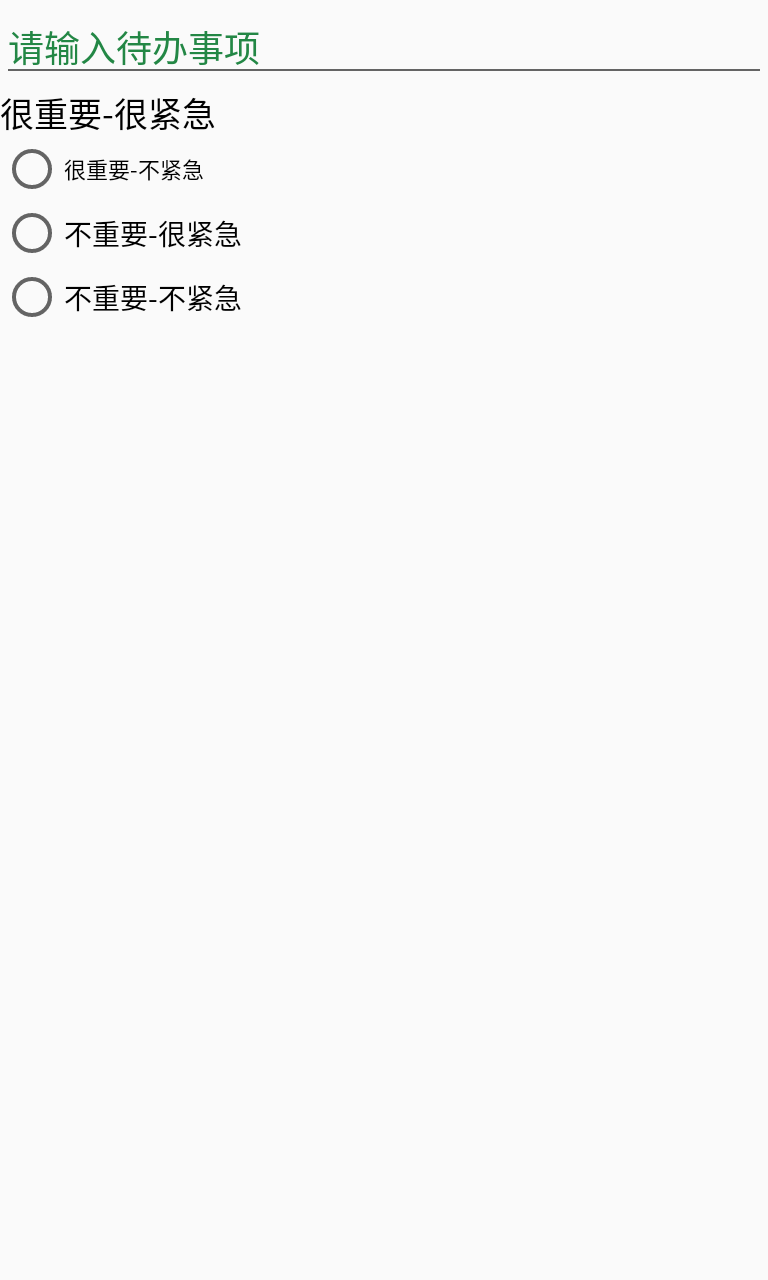
Repository: sh-zh-en/NBTodo
Layout: nbtodo/NBTodo/res/layout/addition_task_layout.xml
An editor plug-in stored every save of this project. The layout is shown before and after the next save, followed by the edit.
It is drawn on a 768 x 1280 px phone screen (xhdpi) without system bars, with theme AppTheme; the app's code is not run.

Above is the layout before, as saved 2015-02-05 22:49:25.

After the next save:
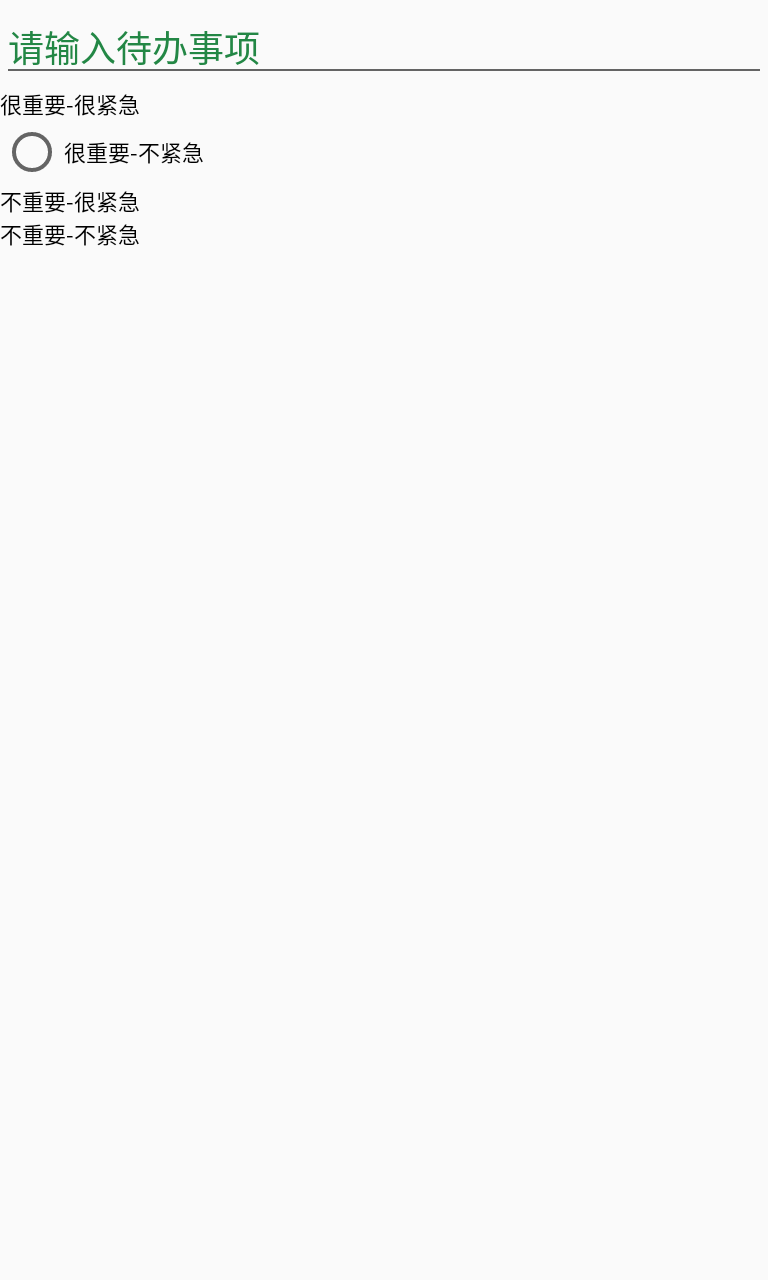
Saved 116 s later.
--- a/nbtodo/NBTodo/res/layout/addition_task_layout.xml
+++ b/nbtodo/NBTodo/res/layout/addition_task_layout.xml
@@ -24,7 +24,7 @@
             android:layout_width="wrap_content"
             android:layout_height="wrap_content"
             android:text="@string/addition_task_layout_radiobutton01"
-            android:textSize="17.0sp"
+            android:textSize="11.0sp"
             android:textColor="@android:color/black"
             android:gravity="center"
             android:layout_weight="1"
@@ -41,19 +41,32 @@
             android:textColor="@android:color/black"
             android:gravity="center"
             android:layout_weight="1"
-            android:checked="false"
+            android:checked="true"
+
         />
         <RadioButton
             android:id="@+id/radiobutton3"
             android:layout_width="wrap_content"
             android:layout_height="wrap_content"
             android:text="@string/addition_task_layout_radiobutton03"
+            android:textSize="11.0sp"
+            android:textColor="@android:color/black"
+            android:gravity="center"
+            android:layout_weight="1"
+
+            android:button="@null"
         />
         <RadioButton
             android:id="@+id/radiobutton4"
             android:layout_width="wrap_content"
             android:layout_height="wrap_content"
             android:text="@string/addition_task_layout_radiobutton04"
+            android:textSize="11.0sp"
+            android:textColor="@android:color/black"
+            android:gravity="center"
+
+            android:checked="true"
+            android:button="@null"
         />
     </RadioGroup>
 
